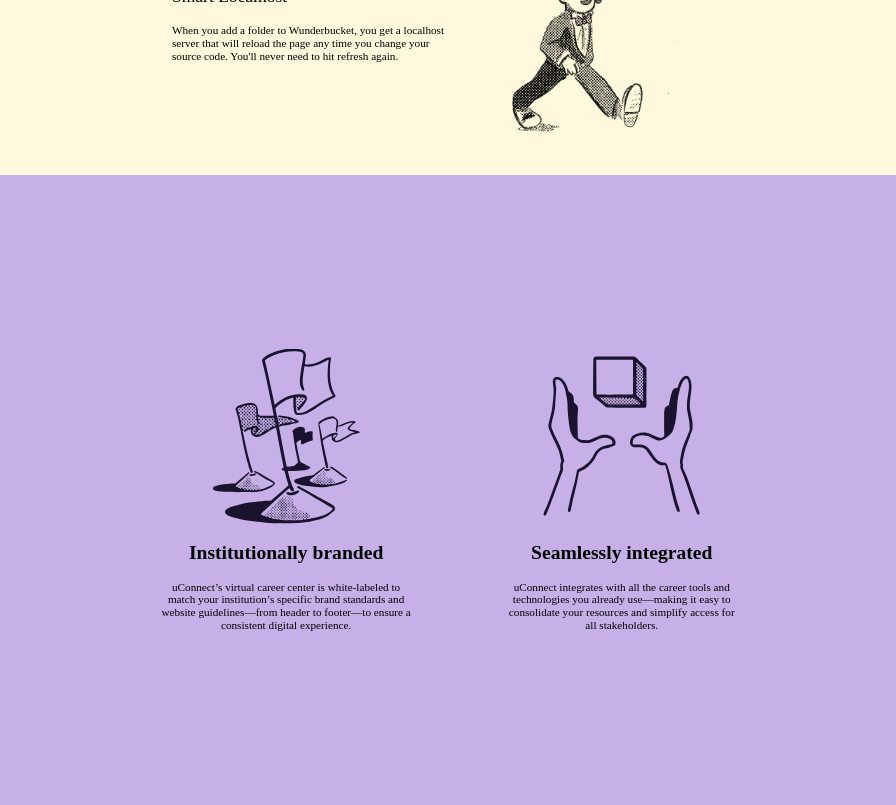
Repository: Pbemits/TEAMWORK-PROJECT-ONE
Page: index.html
An editor plug-in stored every save of this project. The page is shown before and after the next save, followed by the edit.
The browser window is 1280 px wide. The pictures show the part of the page from y = 980 to 2900 px (the page is 2130 px tall before and 3986 px after), at 70% of full size.
Some web fonts or font styles are not loaded; a fallback is used.

Above is the page before, as saved 2023-09-02 00:38:38.

### index.html
<!DOCTYPE html>
<html lang="en">
<head>
    <meta charset="UTF-8">
    <meta name="viewport" content="width=device-width, initial-scale=1.0">
    <link rel="stylesheet" href="./assets/css/base.css">
    <link rel="stylesheet" href="./assets/css/main.css">
    <!-- ~: FONT: 'Noto Sans JP', sans-serif -->
    <link rel="preconnect" href="https://fonts.googleapis.com">
    <link rel="preconnect" href="https://fonts.gstatic.com" crossorigin>
    <link href="https://fonts.googleapis.com/css2?family=Noto+Sans+JP:wght@100;200;300;400;500;600&display=swap" rel="stylesheet">
    <!-- ~: FONT: 'PT Serif Caption', serif -->
    <link rel="preconnect" href="https://fonts.googleapis.com">
    <link rel="preconnect" href="https://fonts.gstatic.com" crossorigin>
    <link href="https://fonts.googleapis.com/css2?family=PT+Serif+Caption:ital@0;1&display=swap" rel="stylesheet">
    <title>TEAMWORK PROJECT ONE</title>
</head>
<body>
    <!-- TODO: HEADER MAIN -->
    <div id="header-main">

    </div>
    <!-- TODO: CONTENT MAIN -->
    <div id="content-main">
        <!--! CODE BY XUAN DAI -->
        <!--! CONTENT-SECTION-TWO -->
        <div class="content-section-two">
            <!--? WRAPPER ONE -->
            <div class="content-wrapper-element-one">
                <div class="wrapper-element-one">
                    <div class="wrapper-element-texts">
                        <div class="element-text-h3">
                            <h3>Instant Publish</h3>
                        </div>
                        <div class="element-texts-paragraph">
                            <p>When you're done making changes in a local folder, just<br> click "publish" and it's live. No branch, merge, build, deploy<br> just to fix a typo or change a font. It lets you quickly iterate,<br> and tinker. It works how you work.</p>
                        </div>
                    </div>
                </div>
                <div class="wrapper-element-two">
                    <div class="wrapper-element-image">
                        <div class="element-img">
                            <img src="./assets/image/ligter.png" alt="ÁNH SÁNG CỦA ĐẢNG VN">
                        </div>
                    </div>
                </div>
            </div>
            <!-- END WRAPPER ONE -->

            <!-- WRAPPER TWO -->
            <div class="content-wrapper-element-two">
                <div class="wrapper-element-one">
                    <div class="wrapper-element-image">
                        <div class="element-img">
                            <img src="./assets/image/edit-anywhere.png" alt="EDIT ANYWHERE">
                        </div>
                    </div>
                </div>

                <div class="wrapper-element-two">
                    <div class="wrapper-element-texts">
                        <div class="element-text-h3">
                            <h3>Edit Anywhere</h3>
                        </div>
                        <div class="element-texts-paragraph">
                            <p>Sync your site's code to multiple computers. Allow your<br> teammates to made edits and publish sites from multiple<br> desktops.</p>
                        </div>
                    </div>
                </div>
            </div>
            <!--END WRAPPER TWO -->

            <!-- WRAPPER THREE -->
            <div class="content-wrapper-element-three">
                <div class="wrapper-element-one">
                    <div class="wrapper-element-texts">
                        <div class="element-text-h3">
                            <h3>Smart Localhost</h3>
                        </div>
                        <div class="element-texts-paragraph">
                            <p>When you add a folder to Wunderbucket, you get a localhost<br> server that will reload the page any time you change your<br> source code. You'll never need to hit refresh again.</p>
                        </div>
                    </div>
                </div>

                <div class="wrapper-element-two">
                    <div class="wrapper-element-image">
                        <div class="element-img">
                            <img src="./assets/image/smart-localhost.png" alt="LOCAL HOST">
                        </div>
                    </div>
                </div>
            </div>
            <!-- END WRAPPER THREE -->

        </div>
        <!--! END CONTENT-SECTION-TWO -->
        <!--! END CODE BY XUAN DAI -->

        <!-- CODE BY XUAN DAI -->
    <div class="content-section-one">
        <!-- WRAPPER ONE -->
        <div class="content-wrapper-element-one">
            <div class="wrapper-element-one">
                <div class="wrapper-element-image">
                    <div class="element-img">
                        <img src="./assets/image/flags.svg" alt="flags">
                    </div>
                </div>
            </div>

            <div class="wrapper-element-two">
                <div class="wrapper-element-texts">
                    <div class="element-text-h3">
                        <h3>Institutionally branded</h3>
                    </div>

                    <div class="element-texts-paragraph">
                        <p>uConnect’s virtual career center is white-labeled to<br> match your institution’s specific brand standards and<br> website guidelines—from header to footer—to ensure a<br> consistent digital experience.</p>
                    </div>
                </div>
            </div>
        </div>
        <!--END WRAPPER ONE -->

        <!-- WRAPPER TWO -->
        <div class="content-wrapper-element-two">
            <div class="wrapper-element-one">
                <div class="wrapper-element-image">
                    <div class="element-img">
                        <img src="./assets/image/hands.svg" alt="flags">
                    </div>
                </div>
            </div>

            <div class="wrapper-element-two">
                <div class="wrapper-element-texts">
                    <div class="element-text-h3">
                        <h3>Seamlessly integrated</h3>
                    </div>

                    <div class="element-texts-paragraph">
                        <p>uConnect integrates with all the career tools and<br> technologies you already use—making it easy to<br> consolidate your resources and simplify access for<br> all stakeholders.</p>
                    </div>
                </div>
            </div>
        </div>
        <!-- END WRAPPER TWO -->

    </div>
    <!-- END CODE BY XUAN DAI -->
    </div>
    <!-- TODO: FOOTER MAIN -->
    <div id="footer-main">

    </div>
</body>
</html>

### assets/css/base.css
* {
    margin: 0;
    padding: 0;
    box-sizing: border-box;
}
body {
    background-color: #fff8dc;
    font-family: 'Noto Sans JP', sans-serif;
    font-family: 'PT Serif Caption', serif;
}

:root {
    --color-texts: #161616;
}

### assets/css/main.css
/* WRAPPER ONE */
.content-section-two .content-wrapper-element-one {
    display: flex;
    align-items: center;
    justify-content: center;
}

.content-section-two .content-wrapper-element-one .wrapper-element-texts .element-text-h3 h3 {
    font-size: 25px;
    font-weight: 400;
}

.content-section-two .content-wrapper-element-one .wrapper-element-texts .element-texts-paragraph {
    margin: 26px 0;
}

.content-section-two .content-wrapper-element-one .element-img {
    width: 100%;
}

.content-section-two .content-wrapper-element-one .element-img img {
    width: 400px;
}
/* END WRAPPER ONE */



/* WRAPPER TWO */

.content-section-two .content-wrapper-element-two {
    display: flex;
    align-items: center;
    justify-content: center;

}

.content-section-two .content-wrapper-element-two .element-img {
    width: 100%;
}

.content-section-two .content-wrapper-element-two .element-img img {
    width: 400px;
}

.content-section-two .content-wrapper-element-two .wrapper-element-texts .element-text-h3 h3 {
    font-size: 25px;
    font-weight: 400;
}

.content-section-two .content-wrapper-element-two .wrapper-element-texts .element-texts-paragraph {
    margin: 26px 0;
}


/* END WRAPPER TWO */



/* WRAPPER THREE */

.content-section-two .content-wrapper-element-three {
    display: flex;
    align-items: center;
    justify-content: center;

}

.content-section-two .content-wrapper-element-three .wrapper-element-texts .element-text-h3 h3 {
    font-size: 25px;
    font-weight: 400;
}

.content-section-two .content-wrapper-element-three .wrapper-element-texts .element-texts-paragraph {
    margin: 26px 0;
}

.content-section-two .content-wrapper-element-three .element-img {
    width: 100%;
}

.content-section-two .content-wrapper-element-three .element-img img {
    width: 400px;
}

/* END WRAPPER THREE */





/* BY XUAN DAI */

/* CSS CODE ADD */

/* COMMON */
.content-section-one {
    background-color: #c6b0e7;
    display: flex;
    align-items: center;
    justify-content: center;
    height: 900px;
}

.content-section-one .content-wrapper-element-one {
    margin-right: 70px;
}

.content-section-one .content-wrapper-element-two {
    margin-left: 70px;
}
/* END COMMON */


/* WRAPPER ONE */
.content-section-one .content-wrapper-element-one  .wrapper-element-one .element-img {
    width: 100%;
    text-align: center;
}

.content-section-one .content-wrapper-element-one  .wrapper-element-one .element-img img {
    width: 250px;
    text-align: center;
}

.content-section-one .content-wrapper-element-one  .wrapper-element-two .element-text-h3 h3 {
    font-size: 28px;
    font-weight: 600;
    margin-top: 22px;
    margin-bottom: 24px;
    text-align: center;
}

.content-section-one .content-wrapper-element-one  .wrapper-element-two p {
    text-align: center;
}
/* END WRAPPER ONE */


/* WRAPPER TWO */
.content-section-one .content-wrapper-element-two  .wrapper-element-one .element-img {
    width: 100%;
    text-align: center;
}

.content-section-one .content-wrapper-element-two  .wrapper-element-one .element-img img {
    width: 250px;
    text-align: center;
}

.content-section-one .content-wrapper-element-two  .wrapper-element-two .element-text-h3 h3 {
    font-size: 28px;
    font-weight: 600;
    margin-top: 22px;
    margin-bottom: 24px;
    text-align: center;
}

.content-section-one .content-wrapper-element-two  .wrapper-element-two p {
    text-align: center;
}
/* END WRAPPER TWO */


/* END CSS CODE ADD */



/* END BY XUAN DAI */

After the next save:
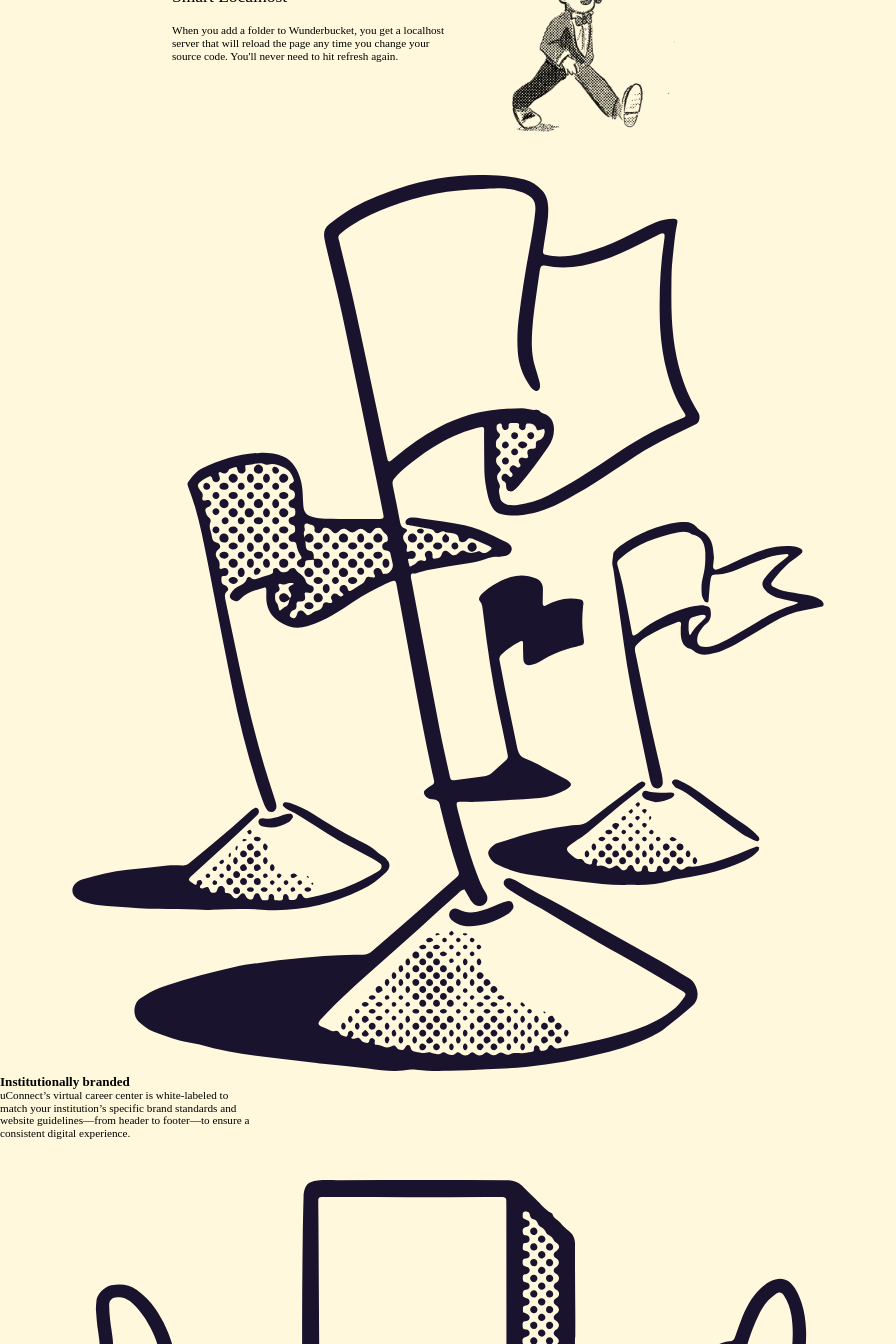
Saved 2 min 59 s later.
--- a/index.html
+++ b/index.html
@@ -45,9 +45,9 @@
                     </div>
                 </div>
             </div>
-            <!-- END WRAPPER ONE -->
+            <!--? END WRAPPER ONE -->
 
-            <!-- WRAPPER TWO -->
+            <!--? WRAPPER TWO -->
             <div class="content-wrapper-element-two">
                 <div class="wrapper-element-one">
                     <div class="wrapper-element-image">
@@ -68,7 +68,7 @@
                     </div>
                 </div>
             </div>
-            <!--END WRAPPER TWO -->
+            <!--? END WRAPPER TWO -->
 
             <!-- WRAPPER THREE -->
             <div class="content-wrapper-element-three">
@@ -98,7 +98,7 @@
         <!--! END CODE BY XUAN DAI -->
 
         <!-- CODE BY XUAN DAI -->
-    <div class="content-section-one">
+    <div class="content-section-add">
         <!-- WRAPPER ONE -->
         <div class="content-wrapper-element-one">
             <div class="wrapper-element-one">

After the save that followed:
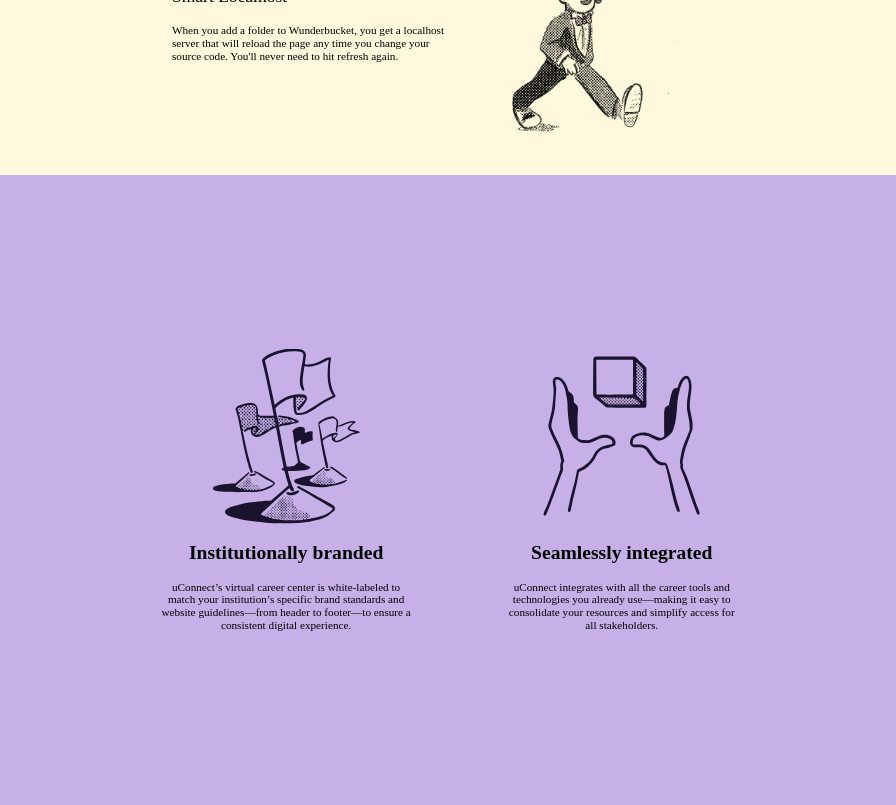
Saved 14 s later.
--- a/assets/css/main.css
+++ b/assets/css/main.css
@@ -93,7 +93,7 @@
 /* CSS CODE ADD */
 
 /* COMMON */
-.content-section-one {
+.content-section-add {
     background-color: #c6b0e7;
     display: flex;
     align-items: center;
@@ -101,28 +101,28 @@
     height: 900px;
 }
 
-.content-section-one .content-wrapper-element-one {
+.content-section-add .content-wrapper-element-one {
     margin-right: 70px;
 }
 
-.content-section-one .content-wrapper-element-two {
+.content-section-add .content-wrapper-element-two {
     margin-left: 70px;
 }
 /* END COMMON */
 
 
 /* WRAPPER ONE */
-.content-section-one .content-wrapper-element-one  .wrapper-element-one .element-img {
+.content-section-add .content-wrapper-element-one  .wrapper-element-one .element-img {
     width: 100%;
     text-align: center;
 }
 
-.content-section-one .content-wrapper-element-one  .wrapper-element-one .element-img img {
+.content-section-add .content-wrapper-element-one  .wrapper-element-one .element-img img {
     width: 250px;
     text-align: center;
 }
 
-.content-section-one .content-wrapper-element-one  .wrapper-element-two .element-text-h3 h3 {
+.content-section-add .content-wrapper-element-one  .wrapper-element-two .element-text-h3 h3 {
     font-size: 28px;
     font-weight: 600;
     margin-top: 22px;
@@ -130,24 +130,24 @@
     text-align: center;
 }
 
-.content-section-one .content-wrapper-element-one  .wrapper-element-two p {
+.content-section-add .content-wrapper-element-one  .wrapper-element-two p {
     text-align: center;
 }
 /* END WRAPPER ONE */
 
 
 /* WRAPPER TWO */
-.content-section-one .content-wrapper-element-two  .wrapper-element-one .element-img {
+.content-section-add .content-wrapper-element-two  .wrapper-element-one .element-img {
     width: 100%;
     text-align: center;
 }
 
-.content-section-one .content-wrapper-element-two  .wrapper-element-one .element-img img {
+.content-section-add .content-wrapper-element-two  .wrapper-element-one .element-img img {
     width: 250px;
     text-align: center;
 }
 
-.content-section-one .content-wrapper-element-two  .wrapper-element-two .element-text-h3 h3 {
+.content-section-add .content-wrapper-element-two  .wrapper-element-two .element-text-h3 h3 {
     font-size: 28px;
     font-weight: 600;
     margin-top: 22px;
@@ -155,7 +155,7 @@
     text-align: center;
 }
 
-.content-section-one .content-wrapper-element-two  .wrapper-element-two p {
+.content-section-add .content-wrapper-element-two  .wrapper-element-two p {
     text-align: center;
 }
 /* END WRAPPER TWO */
